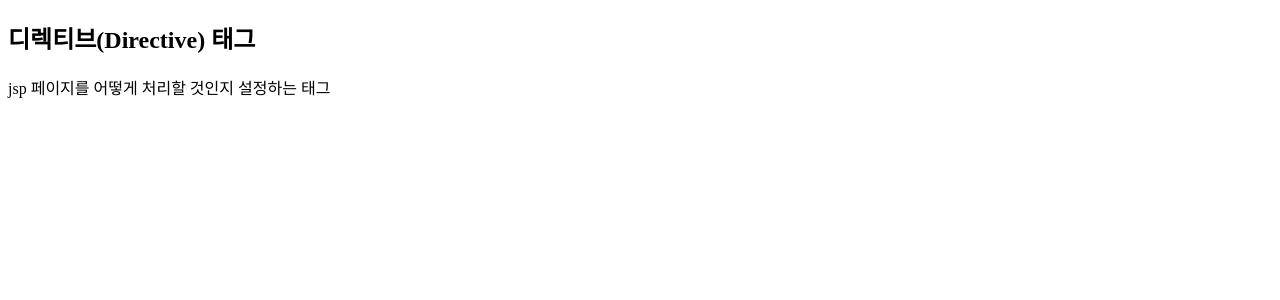
Repository: Rua1006/JSP
Page: http://localhost/practice02/01Directive.jsp
The author's editor kept a copy of each file at every save. The page is drawn from the files as they stood at one save, then again after the next save.
The browser window is 1280 px wide. The pictures show the whole page.
The page is served by Tomcat 9.

Above is the page before, as saved 2022-11-10 01:29:31.

After the next save:
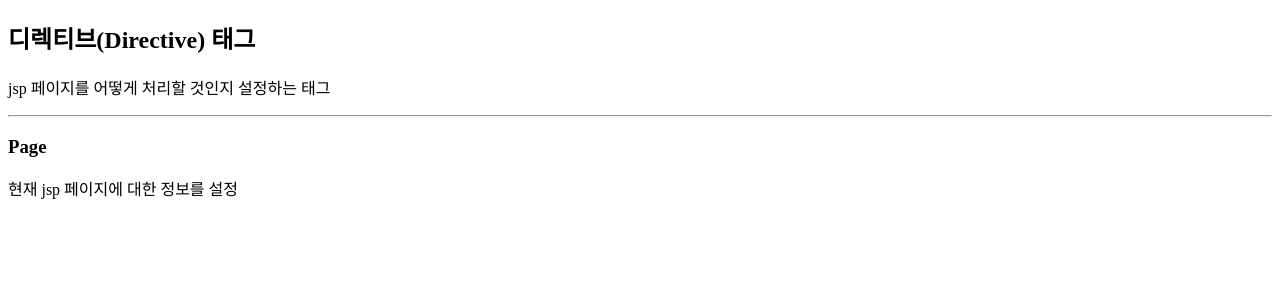
Saved 23 s later.
--- a/practice02/WebContent/01Directive.jsp
+++ b/practice02/WebContent/01Directive.jsp
@@ -12,5 +12,8 @@
 <body>
 	<h2>디렉티브(Directive) 태그</h2>
 	<p>jsp 페이지를 어떻게 처리할 것인지 설정하는 태그</p>
+	<hr>
+	<h3>Page</h3>
+	<p>현재 jsp 페이지에 대한 정보를 설정</p>
 </body>
 </html>
